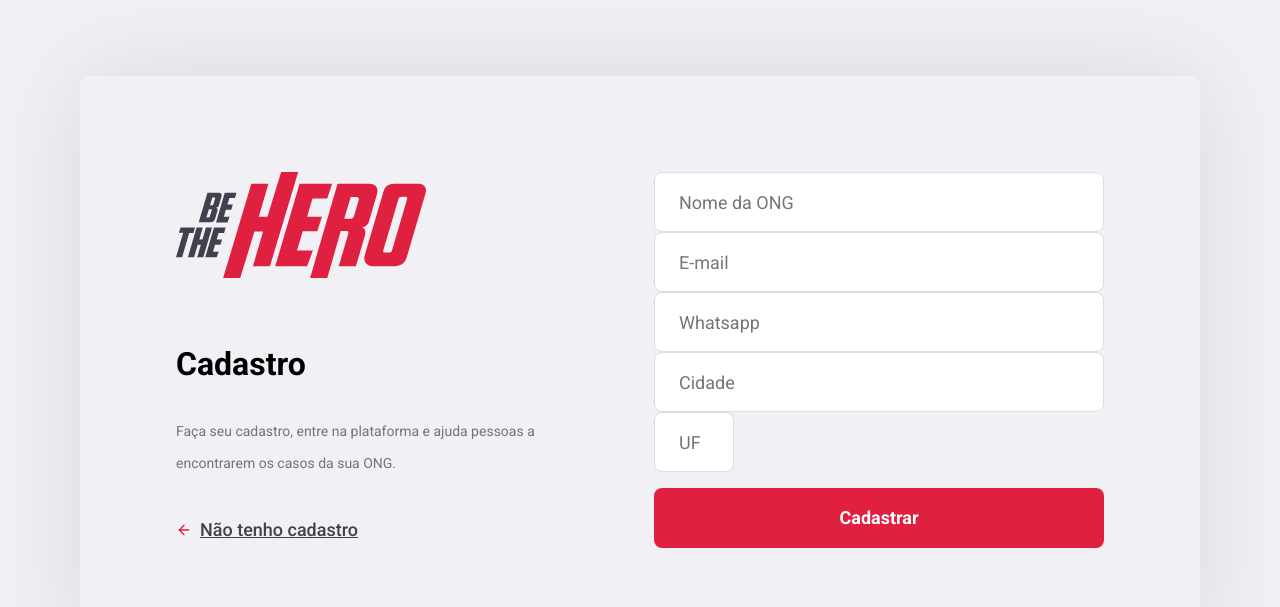
Repository: s7Thiago/semana-omnistack-11.0
Page: /register (app in front-end/)
An editor plug-in stored every save of this project. The page is shown before and after the next save, followed by the edit.
The browser window is 1280 px wide. The pictures show the whole page.
The project was rebuilt for these pictures with package versions that can differ from the ones it lists, and the page was loaded fresh each time. Also part of the build but not shown: front-end/src/pages/Logon/styles.css, front-end/src/pages/Logon/index.js.

Above is the page before, as saved 2020-03-26 22:41:58.

After the next save:
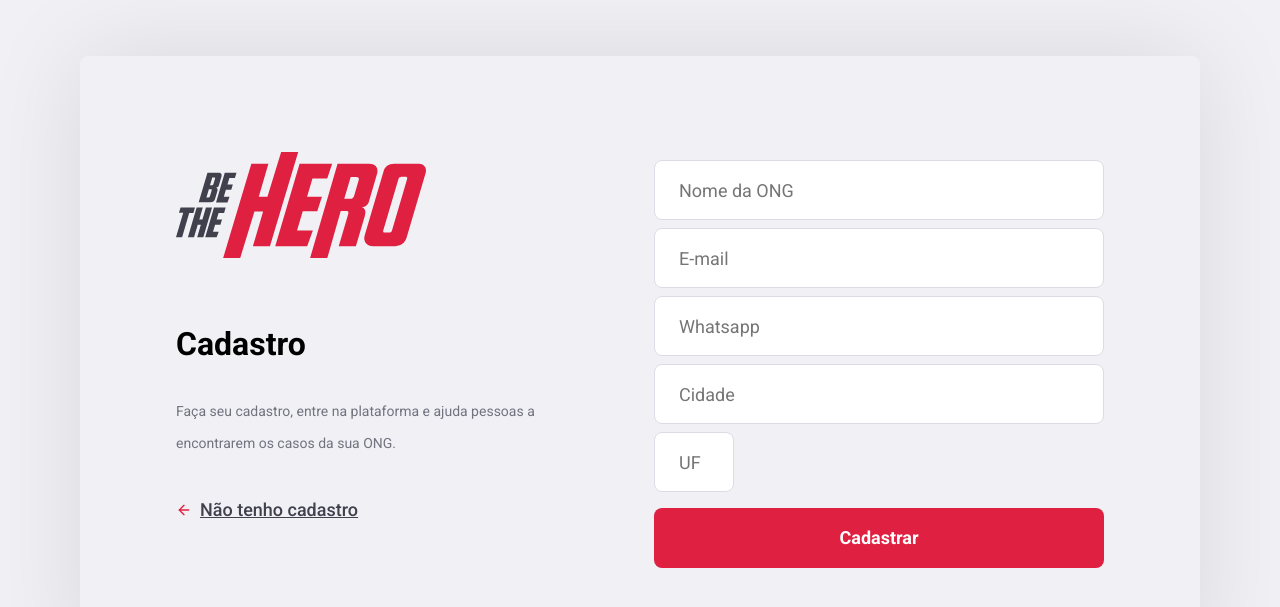
Saved 37 s later.
--- a/front-end/src/pages/Register/styles.css
+++ b/front-end/src/pages/Register/styles.css
@@ -41,3 +41,7 @@
     width: 100%;
     max-width: 450px;
 }
+
+.register-container .content form input {
+    margin-top: 8px;
+}
